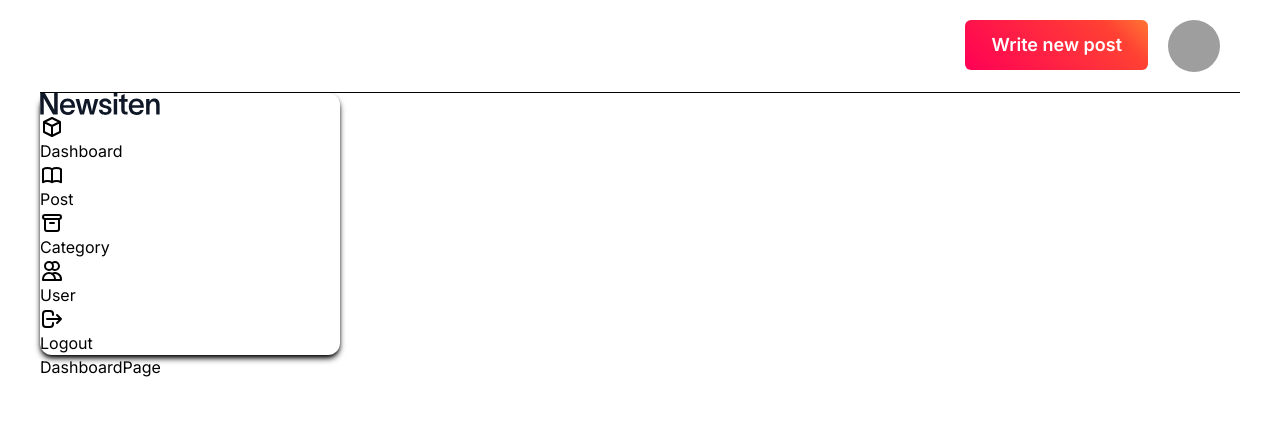
Repository: BrianPhamDev/Blog-App
Page: /dashboard
The author's editor kept a copy of each file at every save. The page is drawn from the files as they stood at one save, then again after the next save.
The browser window is 1280 px wide. The pictures show the whole page.
Pictures or frames that could not be fetched are drawn as grey boxes. The project was rebuilt for these pictures with package versions that can differ from the ones it lists, and the page was loaded fresh each time. Also part of the build but not shown: src/pages/signUpPage/signUpPage.scss, src/components/label/label.scss, src/components/label/Label.js, src/components/input/input.scss, src/components/input/Input.js, src/components/input/InputPasswordToggle.js, src/components/input/index.js, src/pages/authenticationPage/authenticationPage.scss and 23 more. Imported but missing from the stored project, and not drawn on this page: src/components/icons.

Above is the page before, as saved 2023-08-02 20:37:25.

After the next save:
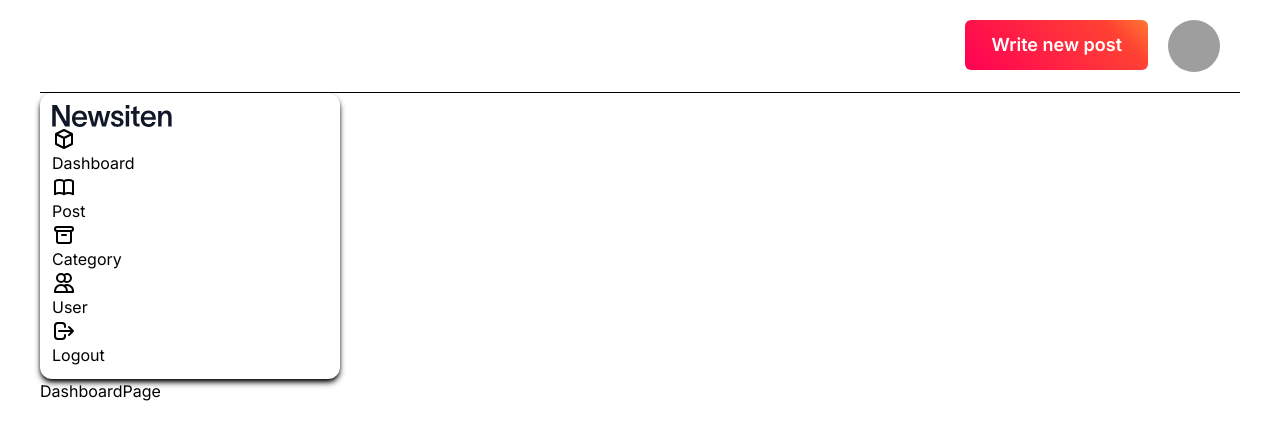
Saved 14 s later.
--- a/src/module/dashboard/Sidebar.js
+++ b/src/module/dashboard/Sidebar.js
@@ -107,7 +107,7 @@ const sidebarLinks = [
 
 const Sidebar = ({ children }) => {
   return (
-    <div className="sidebar-wrapper max-w-[300px] bg-white shadow-black shadow-md rounded-xl">
+    <div className="sidebar-wrapper max-w-[300px] bg-white shadow-black shadow-md rounded-xl p-3">
       <div className="sidebar-logo">
         <img src="./Logo.svg" alt="Newsiten" className="w-[120px]" />
       </div>
